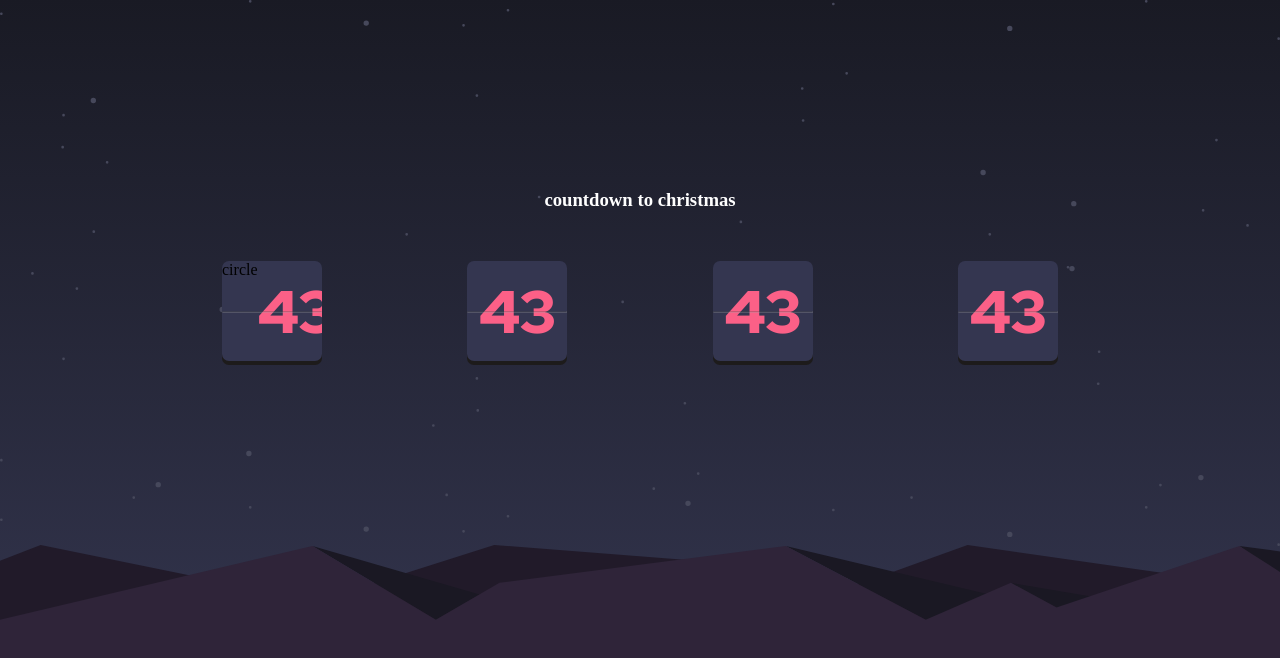
Repository: Eugene44-hub/countdown
Page: index.html
An editor plug-in stored every save of this project. The page is shown before and after the next save, followed by the edit.
The browser window is 1280 px wide. The pictures show the whole page.

Above is the page before, as saved 2021-09-12 03:36:50.

### index.html
<!DOCTYPE html>
<html lang="en">

<head>
    <meta charset="UTF-8">
    <meta http-equiv="X-UA-Compatible" content="IE=edge">
    <meta name="viewport" content="width=device-width, initial-scale=1.0">
    <title>Document</title>
    <link rel="stylesheet" href="style.css">
</head>

<body>
    <div class="container">


        <div class="timer ">
            <h3 class="col10">countdown to christmas</h3>
            <div class="card">
                circle
                <p>43</p>
                <hr> </div>
            <div class="card">
                <p>43</p>
                <hr>
            </div>
            <div class="card">
                <p>43</p>
                <hr>
            </div>
            <div class="card">
                <p>43</p>
                <hr>
            </div>

        </div>

    </div>
    <script src="app.js"></script>

</body>

</html>

</html>

### style.css
@import url('https://fonts.googleapis.com/css2?family=Red+Hat+Text:wght@700&display=swap');
* {
    padding: 0;
    margin: 0;
    box-sizing: border-box;
}

body {
    /* background-color: hsl(235, 16%, 14%); */
    /* background-color: hsl(234, 17%, 12%); */
    background-image: url('images/pattern-hills.svg'), url('images/bg-stars.svg'), linear-gradient( hsl(235, 18%, 12%), hsl(236, 21%, 26%));
    background-position: bottom, top;
    background-repeat: no-repeat, repeat;
    background-size: contain;
    background-attachment: fixed;
}

.container {
    display: flex;
    width: 100%;
    height: 500px;
    flex-wrap: wrap;
    text-align: center;
}

.col10 {
    flex: 100%;
    margin: auto;
}

h3 {
    color: white;
    padding: 50px;
    font-family: 'Red Text Hat';
}

.timer {
    margin: auto;
    display: flex;
    flex-wrap: wrap;
    justify-content: space-between;
    padding: 30px;
    width: 70%;
}

.card {
    background-color: hsl(236, 21%, 26%);
    width: 100px;
    height: 100px;
    position: relative;
    overflow: hidden;
    box-shadow: 0px 4px rgb(29, 27, 27);
    border-radius: 7px;
    display: flex;
}

p {
    font-size: 60px;
    font-family: 'Red Hat Text';
    color: hsl(345, 95%, 68%);
    margin: auto;
}

hr {
    position: absolute;
    width: 100%;
    top: 50%;
    left: 0%;
    border-color: rgb(158, 158, 158);
    opacity: 0.3;
}


/* timer color  hsl(345, 95%, 68%)
timer card color hsl(237, 18%, 59%)
* /

### app.js
const proposed = new Date('2021-12-25');
const current = new Date();

const proArr = [proposed.getHours(), proposed.getMinutes(), proposed.getSeconds(), proposed.getDay(), proposed.getMonth()]
console.log('proposed days:' + (((proArr.at(-1) * 31) - 7) + proposed.getDate()));
console.log('current days:' + (((current.getMonth() * 31) - 5) + current.getDate()));

console.log((((proArr.at(-1) * 31) - 7) + proposed.getDate()) - (((current.getMonth() * 31) - 5) + current.getDate()) + 'days to christmas');

console.log('hours:' + (24 - current.getHours()));
console.log('minutes:' + (60 - current.getMinutes()));
console.log('hours:' + (60 - current.getSeconds()));

// let cal = proposed. - current;
// console.log(proposed);
// console.log(current.getDate());
// console.log(proArr.at(-1) + 1);
// let another = new Date(cal);
// console.log(another)
//359-253 propsed day - current day(mth*31-7) for september minus 6

After the next save:
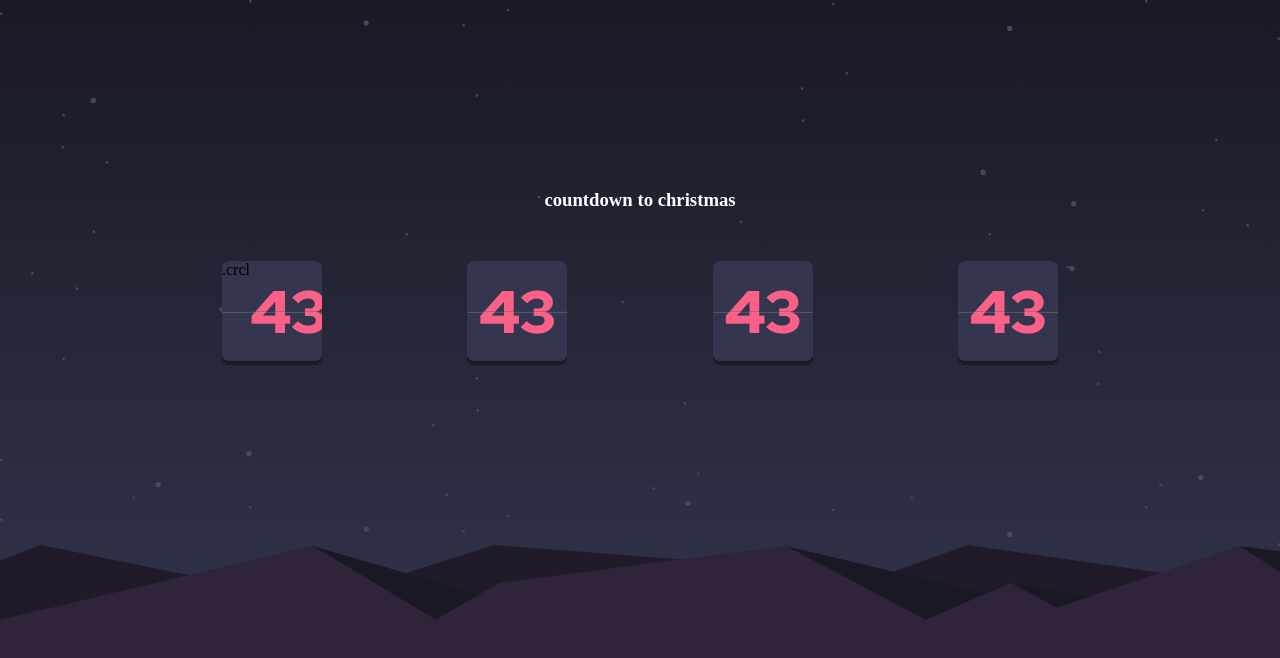
Saved 7 s later.
--- a/index.html
+++ b/index.html
@@ -16,7 +16,7 @@
         <div class="timer ">
             <h3 class="col10">countdown to christmas</h3>
             <div class="card">
-                circle
+                .crcl
                 <p>43</p>
                 <hr> </div>
             <div class="card">
